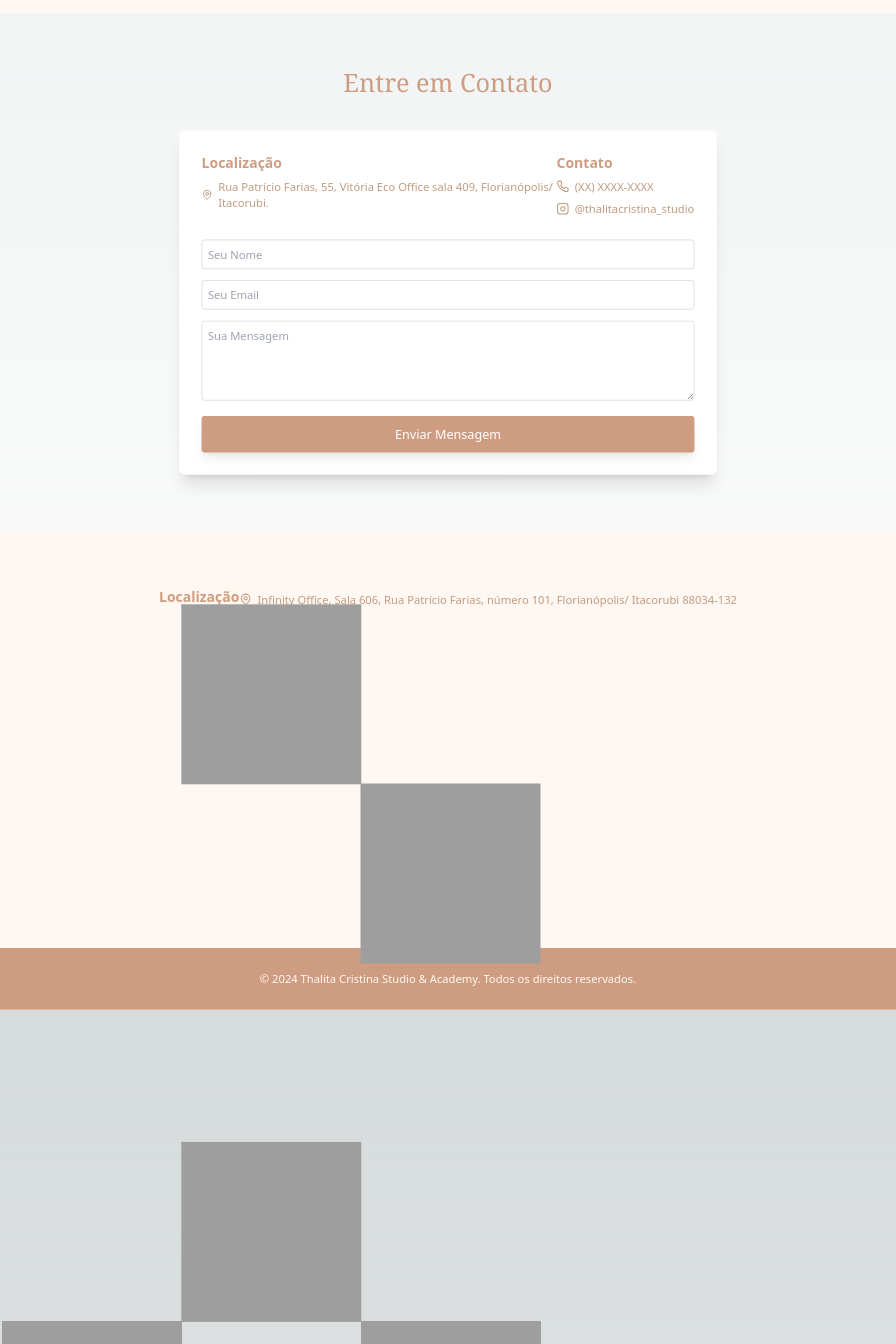
Repository: fhoinaski/thalitapage
Page: /
The author's editor kept a copy of each file at every save. The page is drawn from the files as they stood at one save, then again after the next save.
The browser window is 1280 px wide. The pictures show the part of the page from y = 3105 to 5025 px (the page is 6273 px tall before and 6265 px after), at 70% of full size.
Pictures or frames that could not be fetched are drawn as grey boxes. The project was rebuilt for these pictures with package versions that can differ from the ones it lists, and the page was loaded fresh each time. The framework's server and built-in components were replaced by stand-ins that run in the browser. Also part of the build but not shown: next.config.mjs.

Above is the page before, as saved 2024-07-01 09:19:49.

After the next save:
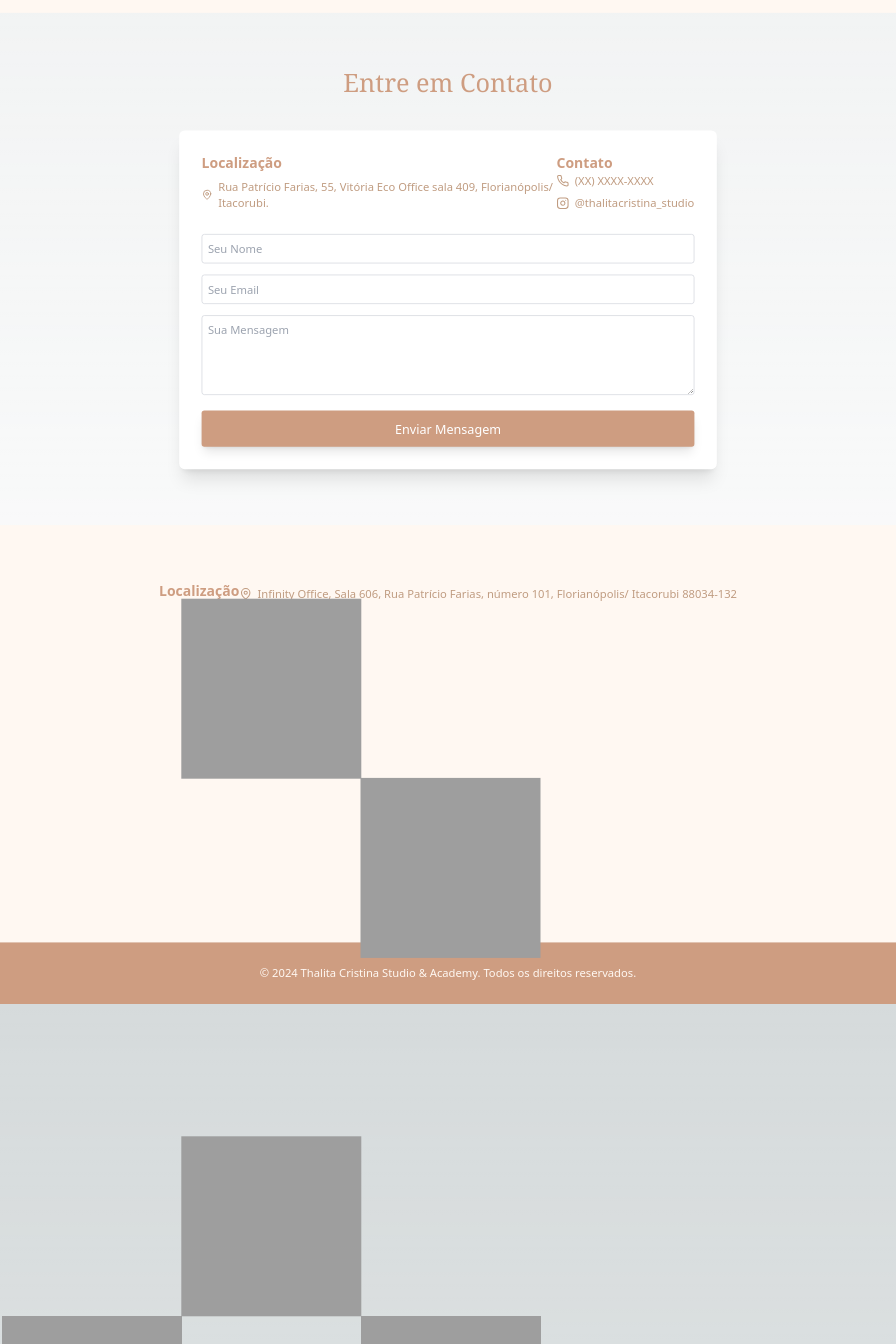
Saved 30 s later.
--- a/src/app/page.js
+++ b/src/app/page.js
@@ -654,7 +654,7 @@
           </div>
           <div>
             <h3
-              className="text-xl font-semibold mb-2"
+              className="text-xl font-semibold mb-"
               style={{ color: colors.secondary }}
             >
               Contato

After the save that followed:
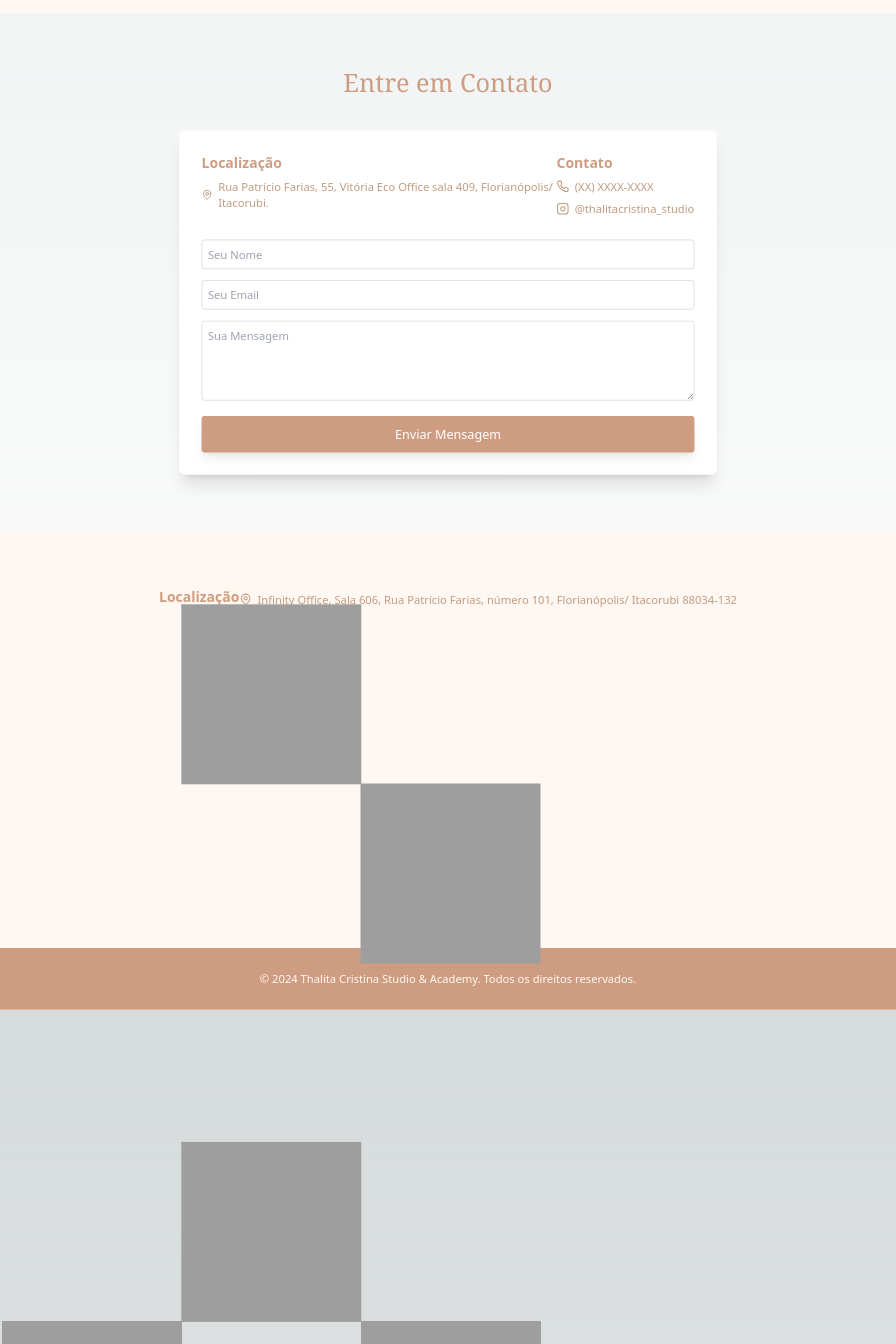
Saved 20 s later.
--- a/src/app/page.js
+++ b/src/app/page.js
@@ -654,7 +654,7 @@
           </div>
           <div>
             <h3
-              className="text-xl font-semibold mb-"
+              className="text-xl font-semibold mb-2"
               style={{ color: colors.secondary }}
             >
               Contato
